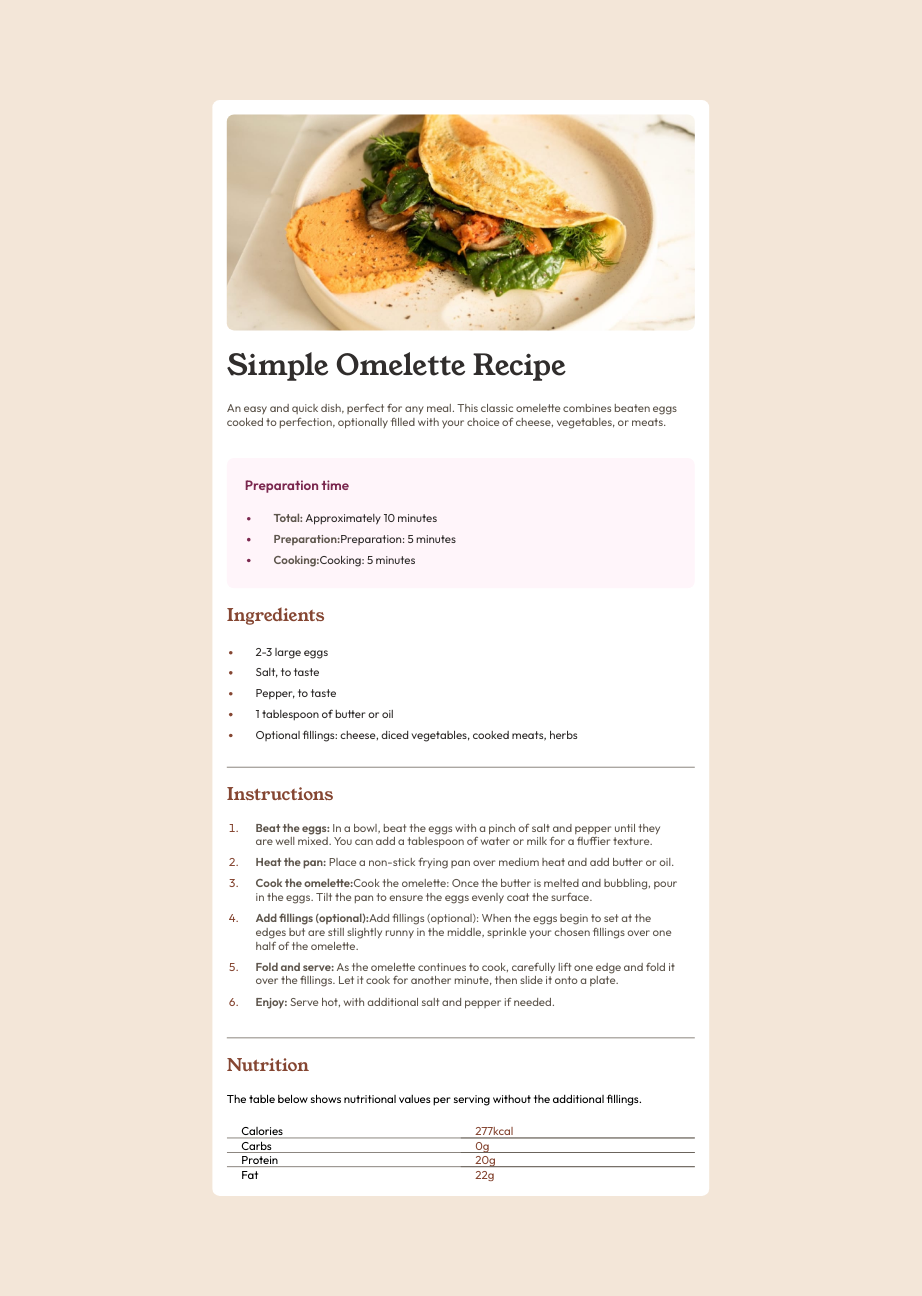
Repository: reemoon-ctrl/mine-recipe-page-main
Page: index1.html
An editor plug-in stored every save of this project. The page is shown before and after the next save, followed by the edit.
The browser window is 1280 px wide. The pictures show the whole page, at 72% of full size.

Above is the page before, as saved 2024-08-11 17:28:31.

### index1.html
<!DOCTYPE html>
<html lang="en">
<head>
    <meta charset="UTF-8">

    <style>
        @import url('https://fonts.googleapis.com/css2?family=Open+Sans:ital,wght@0,300..800;1,300..800&family=Outfit:wght@100..900&family=Poppins:ital,wght@0,100;0,200;0,300;0,400;0,500;0,600;0,700;0,800;0,900;1,100;1,200;1,300;1,400;1,500;1,600;1,700;1,800;1,900&family=Young+Serif&display=swap');
        @import url('https://fonts.googleapis.com/css2?family=Open+Sans:ital,wght@0,300..800;1,300..800&family=Poppins:ital,wght@0,100;0,200;0,300;0,400;0,500;0,600;0,700;0,800;0,900;1,100;1,200;1,300;1,400;1,500;1,600;1,700;1,800;1,900&family=Young+Serif&display=swap');
    </style>
        <meta name="viewport" content="width=device-width, initial-scale=1.0">
    <link rel="stylesheet" href="/style.css">
    <title>ommelette</title>
</head>
<body>
    <div class="page-center">
        <div class="container">
            <header>
            <div class="rec-img"></div>
            <h1>Simple Omelette Recipe</h1>

            <p>An easy and quick dish, perfect for any meal.
            This classic omelette combines beaten eggs cooked
            to perfection, optionally filled with your choice
            of cheese,
            vegetables, or meats.</p>
            </header>

            <div class="prep-time">
                <h3>Preparation time</h3>


                <ul>
                <li><span class="dark">Total:</span> Approximately 10 minutes</li>
                <li><span class="dark">Preparation:</span>Preparation: 5 minutes</li>
                <li><span class="dark">Cooking:</span>Cooking: 5 minutes</li>
                </ul>
            </div>
            <div class="ingredient">
                <h2>Ingredients</h2>
                <ul>
                    <li>2-3 large eggs</li>
                    <li>Salt, to taste</li>
                    <li>Pepper, to taste</li>
                    <li>1 tablespoon of butter or oil</li>
                    <li>Optional fillings: cheese, diced vegetables, cooked meats, herbs</li>
                </ul>
            </div>

            <div id="instruc">
                <h2>Instructions</h2>
                <ol >
                    <li><span class="dark">Beat the eggs:</span> In a bowl, beat the eggs with a pinch of salt and pepper until they are well mixed.
                        You can add a tablespoon of water or milk for a fluffier texture.</li>
                    <li><span class="dark">Heat the pan:</span> Place a non-stick frying pan over medium heat and add butter or oil.</li>
                    <li><span class="dark">Cook the omelette:</span>Cook the omelette: Once the butter is melted and bubbling, pour in the eggs. Tilt the pan to ensure
                        the eggs evenly coat the surface.</li>
                    <li><span class="dark">Add fillings (optional):</span>Add fillings (optional): When the eggs begin to set at the edges but are still slightly runny in the
                        middle, sprinkle your chosen fillings over one half of the omelette.</li>
                    <li><span class="dark">Fold and serve:</span> As the omelette continues to cook, carefully lift one edge and fold it over the
                        fillings. Let it cook for another minute, then slide it onto a plate.</li>
                    <li><span class="dark">Enjoy:</span> Serve hot, with additional salt and pepper if needed.</li>
               </ol>

            </div>
            <div class="nutrition">

                <h2>Nutrition</h2>

                <p>The table below shows nutritional values per serving without the additional fillings.</p>
                <div class="calory">
                    <div class="grid-item">Calories</div>
                    <div class="grid-item">277kcal</div>

                    <div class="grid-item">Carbs</div>
                    <div class="grid-item">0g</div>

                    <div class="grid-item">Protein</div>
                    <div class="grid-item">20g</div>

                    <div class="grid-item">Fat</div>
                    <div class="grid-item">22g</div>
                </div>
            </div>
         </div>
    </div>
</body>
</html>

### style.css
*{
    padding: 0;
    margin: 0;
    box-sizing: border-box;
}
body{
    background: hsl(30, 54%, 90%);
    font-family: "Outfit", sans-serif;
    font-optical-sizing: auto;
    font-weight: 400;
    font-style: normal;

}
h1,h2{
    font-weight: 400;
    color:hsl(24, 5%, 18%);
    font-family: "Young Serif", serif;
    font-style: normal;
}
.rec-img{


    border-radius:10px ;
    height: 300px;
    background: url('/image-omelette.jpeg')no-repeat center center/cover;
}
.container{
    background: #fff;
    border-radius: 10px;
    margin:auto;
    /* margin: auto; */
    max-width:690px;
    padding: 20px;

}
.page-center{
    height: 250vh;
    display: grid;
    grid-template-columns: 960px;
    align-items: center;
    justify-content:space-around;
}
.prep-time{
    background: hsl(330, 100%, 98%);
    padding: 25px;
    border-radius: 10px;
}
.prep-time li,li{
    line-height: 1.8;
    padding-left: 20px;
}
.prep-time ul,ul,ol{

    padding:  0 20px;
}
ul li{

    color:hsl(24, 5%, 18%);
}
.prep-time ul li::marker {
    color: hsl(332, 51%, 32%);
  }

.prep-time h3{
    font-weight: 600;
    padding-bottom: 20px;
    color: hsl(332, 51%, 32%);
    /*  */

}
.dark{
    font-weight: 600;
    color:hsl(30, 10%, 34%);
}
h1{

    padding: 20px 0;
    font-size: 40px;

    font-weight: 400;
}
header p{
    padding-bottom:40px ;
    font-size: 16px;
    color: hsl(30, 10%, 34%);
}
h2{
    padding: 20px 0;
    color: hsl(14, 45%, 36%);
}
ul li::marker,ol li::marker{
    color: hsl(14, 45%, 36%);
}
.ingredient {
    padding-bottom: 30px;
}

#instruc li{
    line-height: 1.2;
    color: hsl(30, 10%, 34%);
    padding-bottom: 10px;
}
#instruc{
    padding-bottom: 30px;
    border-bottom: hsl(30, 10%, 34%) 1px solid ;
    border-top: hsl(30, 10%, 34%) 1px solid ;
}
.calory{
    display: grid;
    grid-template-columns: repeat(2, minmax(0, 1fr));
    overflow: hidden;
}
.calory div:nth-of-type(even){
    color:hsl(14, 45%, 36%);

}
.grid-item{
    position:relative;
    padding-left: 20px;

}
.grid-item::before,
.grid-item::after {
   content: '';
   position: absolute;
   background-color: hsl(30, 10%, 34%);
   z-index: 1;
}
.grid-item::after {
    width: 100vw;
    height: 1px;
    left: 0;
    top: -1px;
  }
  /* .grid-item::before {
    width: 1px;
    height: 100vh;
    left: -1px;
    top: 0;
  } */

.nutrition p{
    padding-bottom: 25px;
}

After the next save:
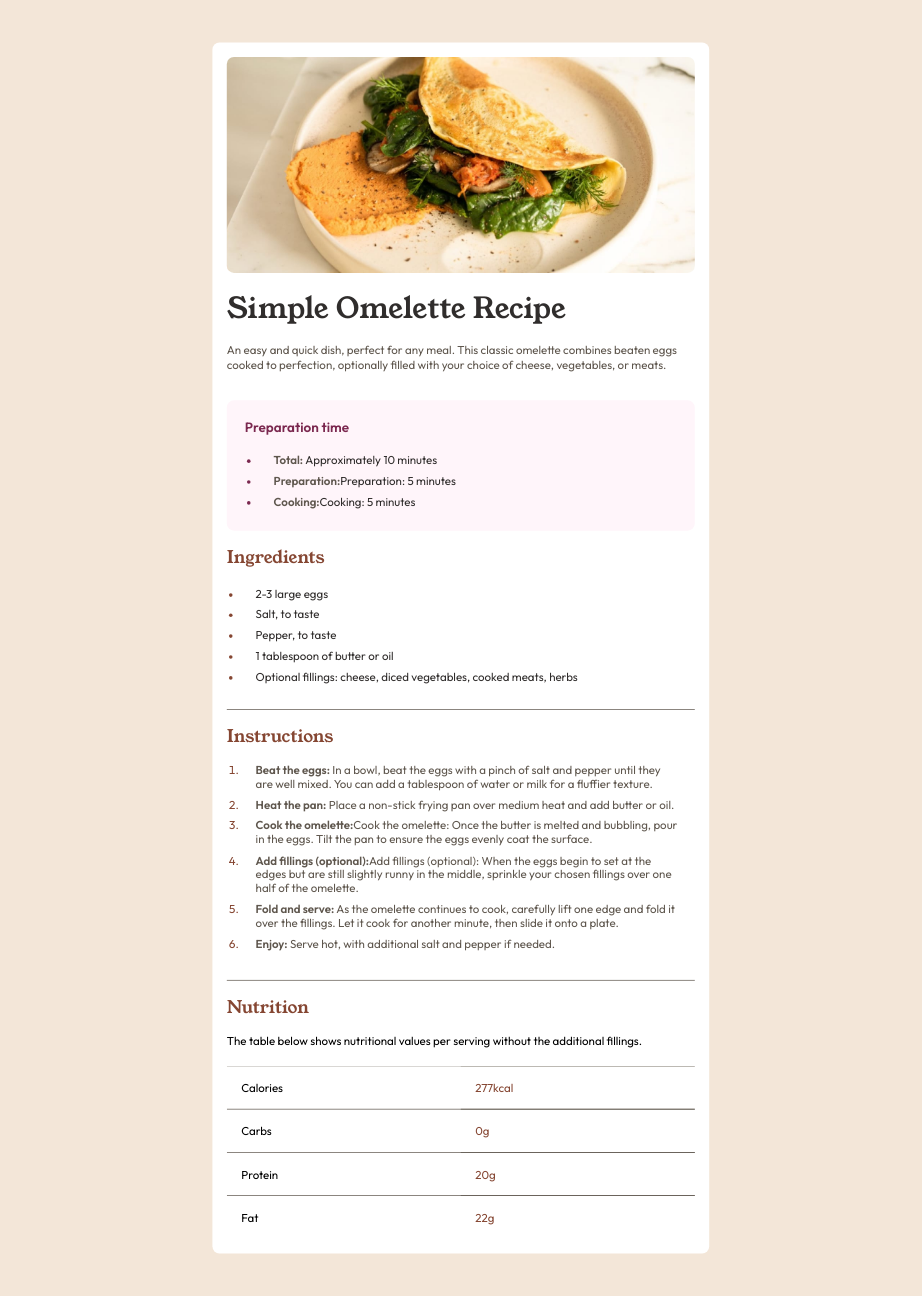
Saved 7 s later.
--- a/style.css
+++ b/style.css
@@ -116,7 +116,7 @@ ul li::marker,ol li::marker{
 }
 .grid-item{
     position:relative;
-    padding-left: 20px;
+    padding: 20px;
 
 }
 .grid-item::before,
